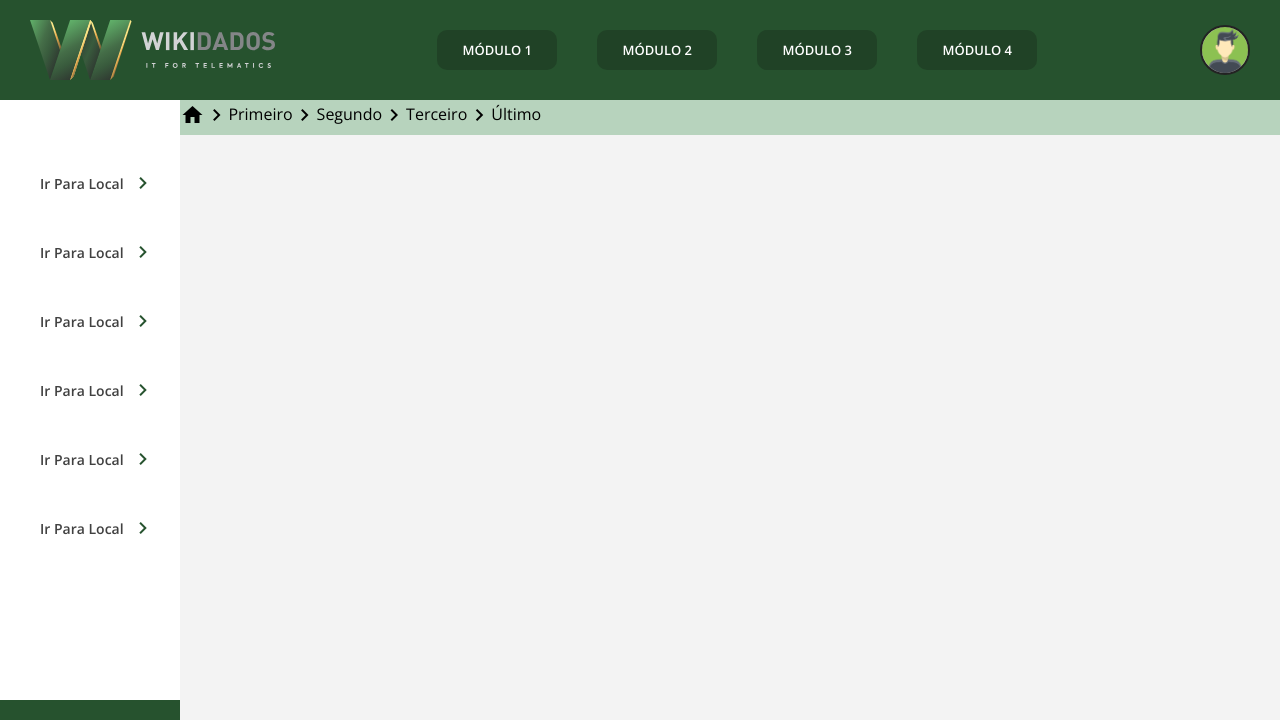
Repository: AlexDjon/alexdjon.github.io
Page: wiki-relayout/index.html
An editor plug-in stored every save of this project. The page is shown before and after a run of saves, followed by the edit.
The browser window is 1280 px wide. The pictures show the whole page.

Above is the page before, as saved 2020-08-12 15:46:10.

After the next 2 saves:
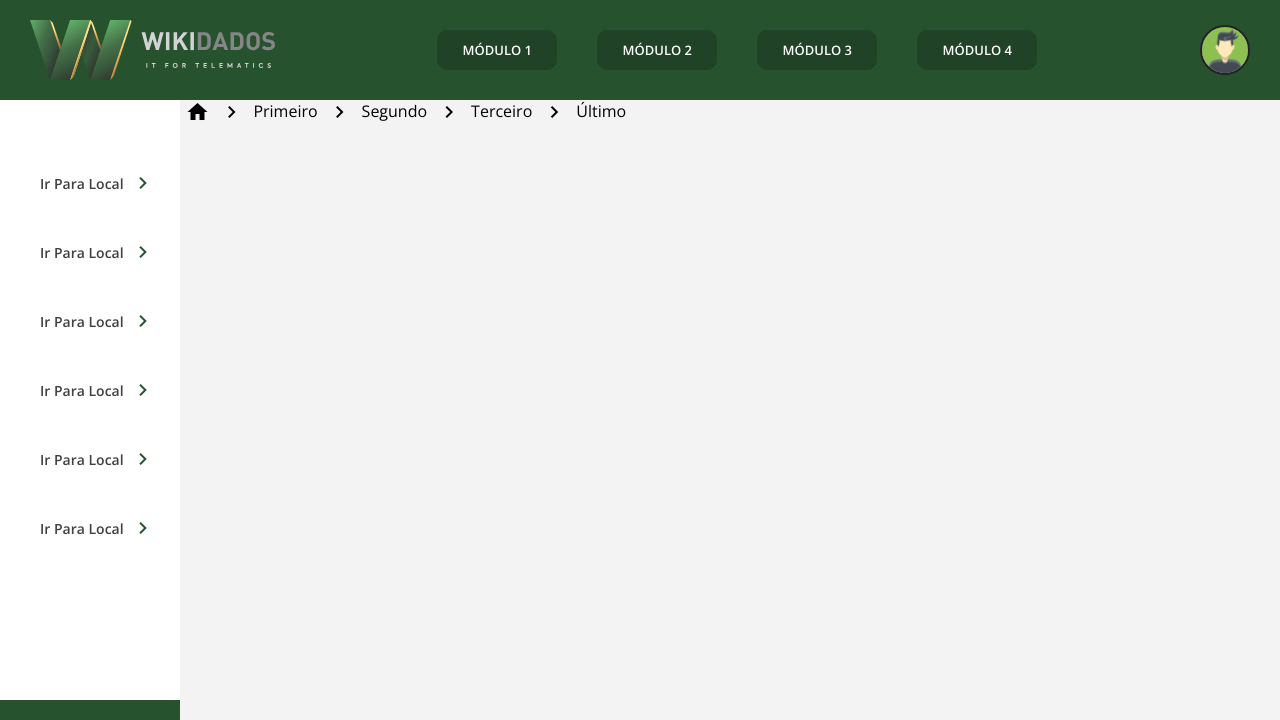
The 2 saves are shown as one change because they came seconds apart.
The last was saved 21 s later.
--- a/wiki-relayout/css/styles.css
+++ b/wiki-relayout/css/styles.css
@@ -163,7 +163,7 @@ body {
   flex-direction: column;
 }
 
-.meio .barra {
+/* .meio .barra {
   width: 100%;
   margin-bottom: 10px;
   height: 35px;
@@ -175,8 +175,11 @@ body {
 .meio .barra div#separator span i {
   margin: 0 5px;
   color: var(--verdeW);
-}
+} */
 .meio .barra .caminho {
   display: flex;
   list-style: none;
 }
+.meio .barra .caminho li {
+  margin: 0 5px;
+}
